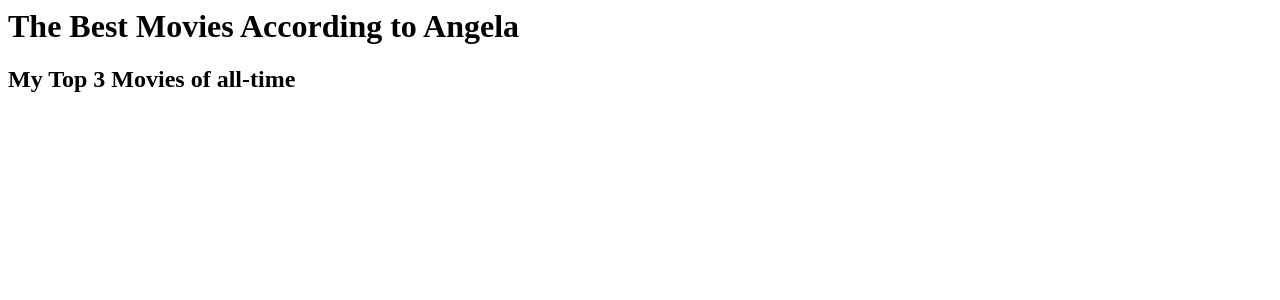
Repository: arzeee/Web_Course
Page: 2.4+Movie+Ranking+Project/2.4 Movie Ranking Project/index.html
The author's editor kept a copy of each file at every save. The page is drawn from the files as they stood at one save, then again after a run of saves.
The browser window is 1280 px wide. The pictures show the whole page.

Above is the page before, as saved 2024-12-01 16:55:00.

### 2.4+Movie+Ranking+Project/2.4 Movie Ranking Project/index.html
<!-- Write your code below -->
<h1>The Best Movies According to Angela</h1>
<h2>My Top 3 Movies of all-time</h2>

After the next 3 saves:
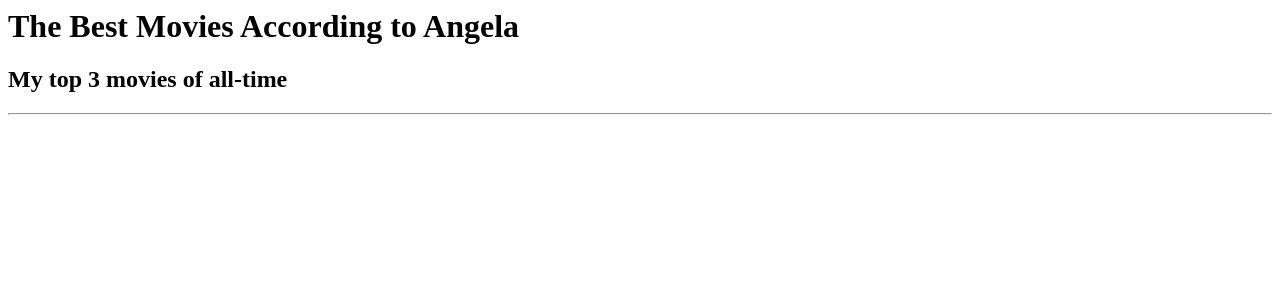
The 3 saves are shown as one change because they came seconds apart.
The last was saved 13 s later.
--- a/2.4+Movie+Ranking+Project/2.4 Movie Ranking Project/index.html
+++ b/2.4+Movie+Ranking+Project/2.4 Movie Ranking Project/index.html
@@ -1,3 +1,4 @@
 <!-- Write your code below -->
 <h1>The Best Movies According to Angela</h1>
-<h2>My Top 3 Movies of all-time</h2>
+<h2>My top 3 movies of all-time</h2>
+<hr>
